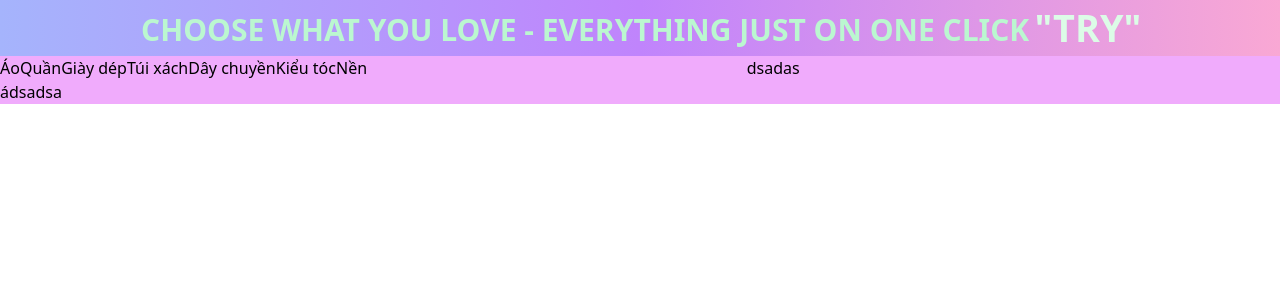
Repository: NguyenVietPhuQuy/ReactJs-TailWind-Redux-FunctionHook-ModelDesign
Page: / (app in modeldesign/)
These files come from the project's save history. The page is drawn as it stood at one moment and after the next save; the edit follows.
The browser window is 1280 px wide. The pictures show the whole page.
The project was rebuilt for these pictures with package versions that can differ from the ones it lists, and the page was loaded fresh each time. Also part of the build but not shown: modeldesign/src/App.css.

Above is the page before, as saved 2022-11-17 13:16:41.

### modeldesign/src/index.js
import React from 'react';
import ReactDOM from 'react-dom/client';
import './index.css';
import App from './App';
import reportWebVitals from './reportWebVitals';
import {Provider} from 'react-redux'
import store from './Components/Reducer/Store';
const root = ReactDOM.createRoot(document.getElementById('root'));
root.render(
  <React.StrictMode>
    <Provider store ={store}>
    <App/>
    </Provider>
  </React.StrictMode>
);

// If you want to start measuring performance in your app, pass a function
// to log results (for example: reportWebVitals(console.log))
// or send to an analytics endpoint. Learn more: https://bit.ly/CRA-vitals
reportWebVitals();

### modeldesign/src/App.js
import React from 'react';
import './App.css';
import Home from './Components/Home.js'
function App() {
  return (
    <div>
      <Home/>
    </div>
  );
}

export default App;

### modeldesign/src/Components/Reducer/Store.js
import {createStore} from "redux"
import rootReducer from "./RootReducer"

const store = createStore(rootReducer,window.__REDUX_DEVTOOLS_EXTENSION__ && window.__REDUX_DEVTOOLS_EXTENSION__())
export default store

### modeldesign/src/Components/Home.js
import React from "react";
import Header from './Header.js'
import Category from "./Category.js";
import ProductList from "./ProductList.js";
import Model from "./Model.js";
function Home() {
    return (
        <div className="container mx-auto relative bg-fuchsia-300">
            <section className=
            " bg-gradient-to-r from-indigo-300 via-purple-400 to-pink-300 w-full ring-2 ring-transparent">
                    <Header/>
            </section>
            <section className="main flex flex-row">
                <div className="basis-7/12">
                    <Category/>
                    <ProductList/>
                </div>
                <div className="basis-5/12">
                    <Model />
                </div>
            </section>
        </div>
    )
}
export default Home

### modeldesign/src/Components/Reducer/RootReducer.js
import { combineReducers } from "redux";
import ProductReducer from './ProductReducer'
import CategoryReducer from './CategoryReducer'

const RootReducer = combineReducers({
    products: ProductReducer,
    categories: CategoryReducer,

})

export default RootReducer

### modeldesign/src/Components/Header.js
import React from "react";
import 'animate.css'
function Header(){
    return (
        <div className="text-center text-3xl p-2 font-semibold text-green-200 ">
            CHOOSE WHAT YOU LOVE - EVERYTHING JUST ON ONE CLICK <span className="text-green-100 font-bold text-4xl animate__animated animate__pulse animate__infinite inline-block">"TRY" </span>
        </div>
    )
}
export default Header

### modeldesign/src/Components/Category.js
import React from "react";
import {useSelector} from 'react-redux'


function Category(props){
    const returnValue = useSelector(state=>state.categories.category)
return(
    <div className="flex flex-row">
        {returnValue.map((item)=>{
            return(
            <div>
               <button>{item.showName}</button>
            </div>
            )
        })}
    </div>
)
}

export default Category

### modeldesign/src/Components/ProductList.js
import React from "react";
function ProductList(){
    return(<div>
ádsadsa
    </div>)
}
export default ProductList

### modeldesign/src/Components/Model.js
import React from "react";
function Model(){
    return(<div>
        dsadas
    </div>)
}
export default Model

### modeldesign/src/Components/Reducer/ProductReducer.js

const initialState = {
    product: [{
        id: 'topcloth_1',
        type: "topclothes",
        name: "Top Cloth 1",
        desc: "Lorem ipsum dolor, sit amet consectetur adipisicing elit. Aliquid, nulla.",
        imgSrc_jpg: 'images/clothes/topcloth1_show.jpg',
        imgSrc_png: 'images/clothes/topcloth1.png',
    },
    {
        id: 'topcloth_2',
        type: "topclothes",
        name: "Top Cloth 2",
        desc: "Lorem ipsum dolor, sit amet consectetur adipisicing elit. Aliquid, nulla.",
        imgSrc_jpg: 'images/clothes/topcloth2_show.jpg',
        imgSrc_png: 'images/clothes/topcloth2.png',
    },
    {
        id: 'topcloth_3',
        type: "topclothes",
        name: "Top Cloth 3",
        desc: "Lorem ipsum dolor, sit amet consectetur adipisicing elit. Aliquid, nulla.",
        imgSrc_jpg: 'images/clothes/topcloth3_show.jpg',
        imgSrc_png: 'images/clothes/topcloth3.png',
    },
    {
        id: 'topcloth_4',
        type: "topclothes",
        name: "Top Cloth 4",
        desc: "Lorem ipsum dolor, sit amet consectetur adipisicing elit. Aliquid, nulla.",
        imgSrc_jpg: 'images/clothes/topcloth4_show.jpg',
        imgSrc_png: 'images/clothes/topcloth4.png',
    },
    {
        id: 'topcloth_5',
        type: "topclothes",
        name: "Top Cloth 5",
        desc: "Lorem ipsum dolor, sit amet consectetur adipisicing elit. Aliquid, nulla.",
        imgSrc_jpg: 'images/clothes/topcloth5_show.jpg',
        imgSrc_png: 'images/clothes/topcloth5.png',
    },
    {
        id: 'topcloth_6',
        type: "topclothes",
        name: "Top Cloth ",
        desc: "Lorem ipsum dolor, sit amet consectetur adipisicing elit. Aliquid, nulla.",
        imgSrc_jpg: 'images/clothes/topcloth6_show.jpg',
        imgSrc_png: 'images/clothes/topcloth6.png',
    },

    // Both clothes
    {
        id: 'botcloth_1',
        type: "botclothes",
        name: "Bot Cloth 1",
        desc: "Lorem ipsum dolor, sit amet consectetur adipisicing elit. Aliquid, nulla.",
        imgSrc_jpg: 'images/clothes/botcloth1_show.jpg',
        imgSrc_png: 'images/clothes/botcloth1.png',
    },
    {
        id: 'botcloth_2',
        type: "botclothes",
        name: "Bot Cloth 2",
        desc: "Lorem ipsum dolor, sit amet consectetur adipisicing elit. Aliquid, nulla.",
        imgSrc_jpg: 'images/clothes/botcloth2_show.jpg',
        imgSrc_png: 'images/clothes/botcloth2.png',
    },
    {
        id: 'botcloth_3',
        type: "botclothes",
        name: "Bot Cloth 3",
        desc: "Lorem ipsum dolor, sit amet consectetur adipisicing elit. Aliquid, nulla.",
        imgSrc_jpg: 'images/clothes/botcloth3_show.jpg',
        imgSrc_png: 'images/clothes/botcloth3.png',
    },
    {
        id: 'botcloth_4',
        type: "botclothes",
        name: "Bot Cloth 4",
        desc: "Lorem ipsum dolor, sit amet consectetur adipisicing elit. Aliquid, nulla.",
        imgSrc_jpg: 'images/clothes/botcloth4_show.jpg',
        imgSrc_png: 'images/clothes/botcloth4.png',
    },
    {
        id: 'botcloth_5',
        type: "botclothes",
        name: "Bot Cloth 5",
        desc: "Lorem ipsum dolor, sit amet consectetur adipisicing elit. Aliquid, nulla.",
        imgSrc_jpg: 'images/clothes/botcloth5_show.jpg',
        imgSrc_png: 'images/clothes/botcloth5.png',
    },

    // Shoes
    {
        id: 'shoes_1',
        type: "shoes",
        name: "Shoes 1",
        desc: "Lorem ipsum dolor, sit amet consectetur adipisicing elit. Aliquid, nulla.",
        imgSrc_jpg: 'images/shoes/shoes1_show.jpg',
        imgSrc_png: 'images/shoes/shoes1.png',
    },
    {
        id: 'shoes_2',
        type: "shoes",
        name: "Shoes 2",
        desc: "Lorem ipsum dolor, sit amet consectetur adipisicing elit. Aliquid, nulla.",
        imgSrc_jpg: 'images/shoes/shoes2_show.jpg',
        imgSrc_png: 'images/shoes/shoes2.png',
    },
    {
        id: 'shoes_3',
        type: "shoes",
        name: "Shoes 3",
        desc: "Lorem ipsum dolor, sit amet consectetur adipisicing elit. Aliquid, nulla.",
        imgSrc_jpg: 'images/shoes/shoes3_show.jpg',
        imgSrc_png: 'images/shoes/shoes3.png',
    },
    {
        id: 'shoes_4',
        type: "shoes",
        name: "Shoes 4",
        desc: "Lorem ipsum dolor, sit amet consectetur adipisicing elit. Aliquid, nulla.",
        imgSrc_jpg: 'images/shoes/shoes4_show.jpg',
        imgSrc_png: 'images/shoes/shoes4.png',
    },
    {
        id: 'shoes_5',
        type: "shoes",
        name: "Shoes 5",
        desc: "Lorem ipsum dolor, sit amet consectetur adipisicing elit. Aliquid, nulla.",
        imgSrc_jpg: 'images/shoes/shoes5_show.jpg',
        imgSrc_png: 'images/shoes/shoes5.png',
    },

    // Handbags
    {
        id: 'handbag_1',
        type: "handbags",
        name: "Handbag 1",
        desc: "Lorem ipsum dolor, sit amet consectetur adipisicing elit. Aliquid, nulla.",
        imgSrc_jpg: 'images/handbags/handbag1_show.jpg',
        imgSrc_png: 'images/handbags/handbag1.png',
    },
    {
        id: 'handbag_2',
        type: "handbags",
        name: "Handbag 2",
        desc: "Lorem ipsum dolor, sit amet consectetur adipisicing elit. Aliquid, nulla.",
        imgSrc_jpg: 'images/handbags/handbag2_show.jpg',
        imgSrc_png: 'images/handbags/handbag2.png',
    },
    {
        id: 'handbag_3',
        type: "handbags",
        name: "Handbag 3",
        desc: "Lorem ipsum dolor, sit amet consectetur adipisicing elit. Aliquid, nulla.",
        imgSrc_jpg: 'images/handbags/handbag3_show.jpg',
        imgSrc_png: 'images/handbags/handbag3.png',
    },

    // Necklaces
    {
        id: 'necklace_1',
        type: "necklaces",
        name: "Necklace 1",
        desc: "Lorem ipsum dolor, sit amet consectetur adipisicing elit. Aliquid, nulla.",
        imgSrc_jpg: 'images/necklaces/necklace1_show.jpg',
        imgSrc_png: 'images/necklaces/necklace1.png',
    },
    {
        id: 'necklace_2',
        type: "necklaces",
        name: "Necklace 2",
        desc: "Lorem ipsum dolor, sit amet consectetur adipisicing elit. Aliquid, nulla.",
        imgSrc_jpg: 'images/necklaces/necklace2_show.jpg',
        imgSrc_png: 'images/necklaces/necklace2.png',
    },
    {
        id: 'necklace_3',
        type: "necklaces",
        name: "Necklace 3",
        desc: "Lorem ipsum dolor, sit amet consectetur adipisicing elit. Aliquid, nulla.",
        imgSrc_jpg: 'images/necklaces/necklace3_show.jpg',
        imgSrc_png: 'images/necklaces/necklace3.png',
    },

    // Hairstyle
    {
        id: 'hairstyle_1',
        type: "hairstyle",
        name: "Hairstyle 1",
        desc: "Lorem ipsum dolor, sit amet consectetur adipisicing elit. Aliquid, nulla.",
        imgSrc_jpg: 'images/hairstyle/hairstyle1_show.jpg',
        imgSrc_png: 'images/hairstyle/hairstyle1.png',
    },
    {
        id: 'hairstyle_2',
        type: "hairstyle",
        name: "Hairstyle 2",
        desc: "Lorem ipsum dolor, sit amet consectetur adipisicing elit. Aliquid, nulla.",
        imgSrc_jpg: 'images/hairstyle/hairstyle2_show.jpg',
        imgSrc_png: 'images/hairstyle/hairstyle2.png',
    },
    {
        id: 'hairstyle_3',
        type: "hairstyle",
        name: "Hairstyle 3",
        desc: "Lorem ipsum dolor, sit amet consectetur adipisicing elit. Aliquid, nulla.",
        imgSrc_jpg: 'images/hairstyle/hairstyle3_show.jpg',
        imgSrc_png: 'images/hairstyle/hairstyle3.png',
    },

    // Background
    {
        id: 'background_1',
        type: "background",
        name: "Background 1",
        desc: "Lorem ipsum dolor, sit amet consectetur adipisicing elit. Aliquid, nulla.",
        imgSrc_jpg: 'images/background/background1_show.jpg',
        imgSrc_png: 'images/background/background1.jpg',
    },
    {
        id: 'background_2',
        type: "background",
        name: "Background 2",
        desc: "Lorem ipsum dolor, sit amet consectetur adipisicing elit. Aliquid, nulla.",
        imgSrc_jpg: 'images/background/background2_show.jpg',
        imgSrc_png: 'images/background/background2.jpg',
    },
    {
        id: 'background_3',
        type: "background",
        name: "Background 3",
        desc: "Lorem ipsum dolor, sit amet consectetur adipisicing elit. Aliquid, nulla.",
        imgSrc_jpg: 'images/background/background3_show.jpg',
        imgSrc_png: 'images/background/background3.jpg',
    },
    {
        id: 'background_4',
        type: "background",
        name: "Background 4",
        desc: "Lorem ipsum dolor, sit amet consectetur adipisicing elit. Aliquid, nulla.",
        imgSrc_jpg: 'images/background/background4_show.jpg',
        imgSrc_png: 'images/background/background4.jpg',
    },
    {
        id: 'background_5',
        type: "background",
        name: "Background 5",
        desc: "Lorem ipsum dolor, sit amet consectetur adipisicing elit. Aliquid, nulla.",
        imgSrc_jpg: 'images/background/background5_show.jpg',
        imgSrc_png: 'images/background/background5.jpg',
    },
    {
        id: 'background_6',
        type: "background",
        name: "Background 6",
        desc: "Lorem ipsum dolor, sit amet consectetur adipisicing elit. Aliquid, nulla.",
        imgSrc_jpg: 'images/background/background6_show.jpg',
        imgSrc_png: 'images/background/background6.jpg',
    },
    {
        id: 'background_7',
        type: "background",
        name: "Background 7",
        desc: "Lorem ipsum dolor, sit amet consectetur adipisicing elit. Aliquid, nulla.",
        imgSrc_jpg: 'images/background/background7_show.jpg',
        imgSrc_png: 'images/background/background7.jpg',
    },
    ],
}
const ProductReducer = (state = initialState) => {
    return state
}

export default ProductReducer

### modeldesign/src/Components/Reducer/CategoryReducer.js
const initialState ={
    category: [
        { tabName: 'tabTopClothes', showName: 'Áo', type: 'topclothes' },
        { tabName: 'tabBotClothes', showName: 'Quần', type: 'botclothes' },
        { tabName: 'tabShoes', showName: 'Giày dép', type: 'shoes' },
        { tabName: 'tabHandBags', showName: 'Túi xách', type: 'handbags' },
        { tabName: 'tabNecklaces', showName: 'Dây chuyền', type: 'necklaces' },
        { tabName: 'tabHairStyle', showName: 'Kiểu tóc', type: 'hairstyle' },
        { tabName: 'tabBackground', showName: 'Nền', type: 'background' }
    ]
}
const CategoryReducer = (state=initialState) =>{
    return state
}
export default CategoryReducer

Loaded but not shown: modeldesign/public/index.html (common file); modeldesign/src/index.css (common file); modeldesign/src/reportWebVitals.js (common file); modeldesign/tailwind.config.js (common file)

After the next save:
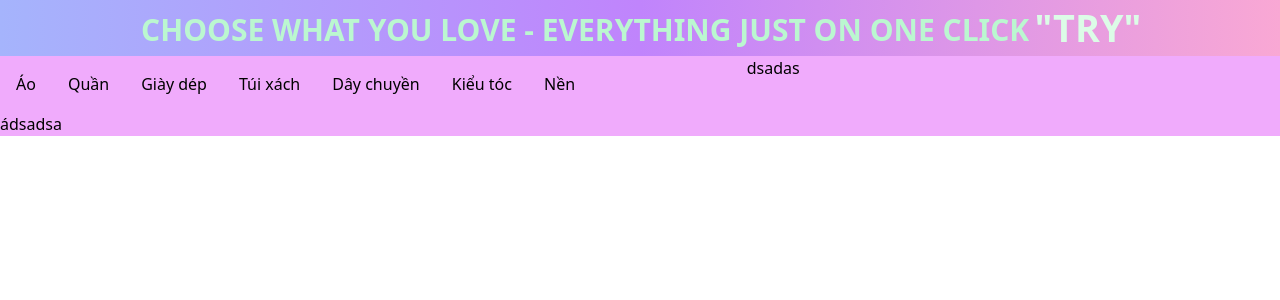
Saved 18 s later.
--- a/modeldesign/src/Components/Category.js
+++ b/modeldesign/src/Components/Category.js
@@ -9,7 +9,7 @@ return(
         {returnValue.map((item)=>{
             return(
             <div>
-               <button>{item.showName}</button>
+               <button className="p-4">{item.showName}</button>
             </div>
             )
         })}
